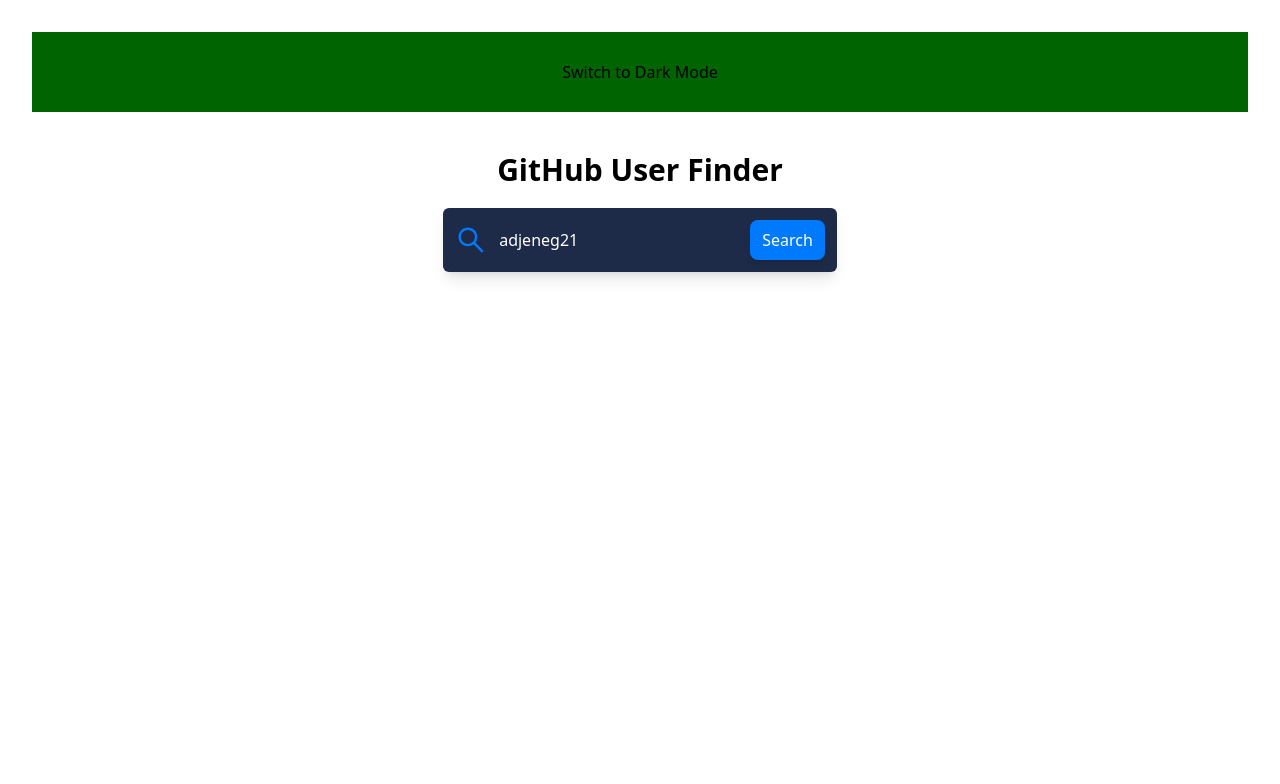
Repository: Gabriel221-dev/Git-Project
Page: /
An editor plug-in stored every save of this project. The page is shown before and after the next save, followed by the edit.
The browser window is 1280 px wide. The pictures show the whole page.
The page's requests for data from a server got no answer. The project was rebuilt for these pictures with package versions that can differ from the ones it lists, and the page was loaded fresh each time. No one was signed in, and anything a server would have sent is missing. Also part of the build but not shown: vite.config.js, src/components/Preview/Preview.jsx.

Above is the page before, as saved 2024-06-28 11:03:10.

After the next save:
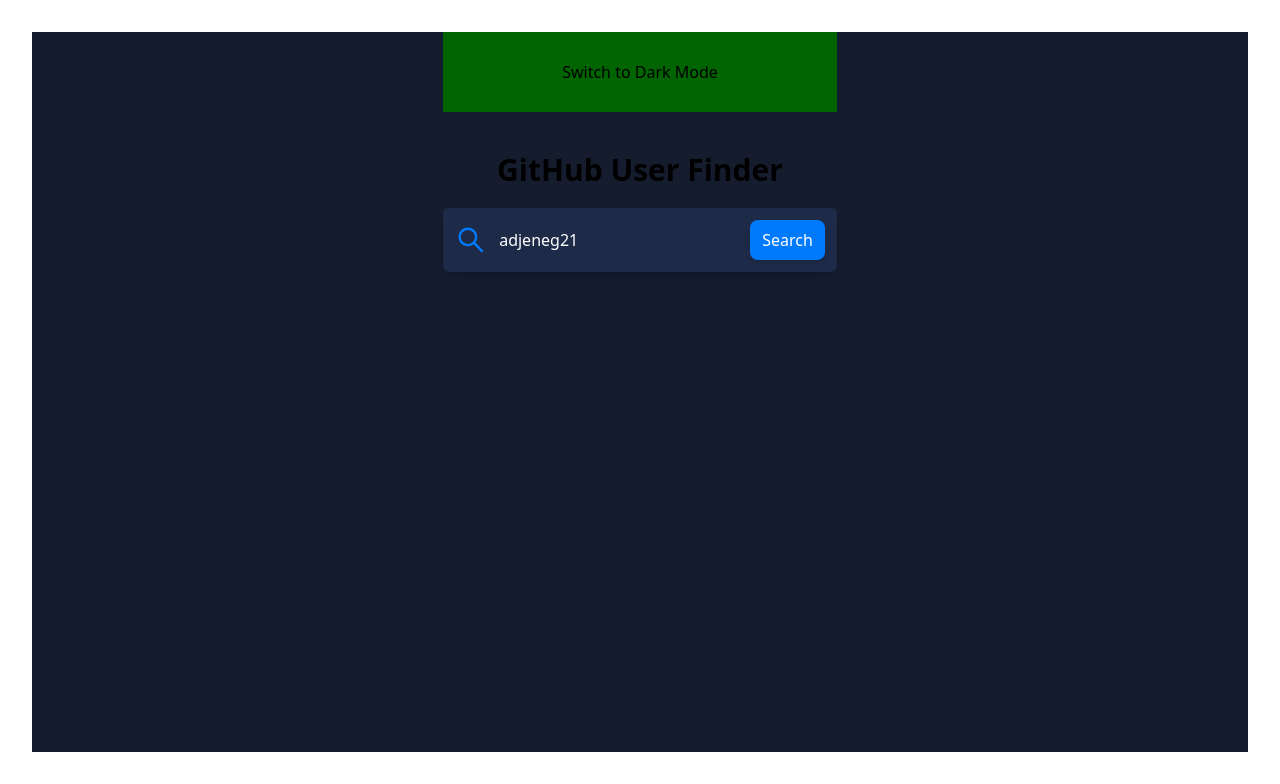
Saved 53 min 18 s later.
--- a/src/App.jsx
+++ b/src/App.jsx
@@ -52,48 +52,50 @@
   };
 
   return (
-    <div
-      className={`App ${
-        isDarkMode ? "dark" : ""
-      } min-h-screen flex flex-col items-center gap-5`}
-    >
+    <div className="flex flex-col gap-5 h-screen w-full justify-center items-center bg-dark-bg">
       <div
-        className={`w-full p-5 ${
-          isDarkMode
-            ? "bg-dark-background text-dark-text"
-            : "bg-light-green text-light-text"
-        }`}
+        className={`App ${
+          isDarkMode ? "dark" : ""
+        } min-h-screen flex flex-col items-center gap-5`}
       >
-        <button
-          onClick={toggleTheme}
-          className={`${
+        <div
+          className={`w-full p-5 ${
             isDarkMode
-              ? "bg-dark-primary text-dark-text"
-              : "bg-light-primary text-light-text"
-          } p-2 rounded-md`}
+              ? "bg-dark-background text-dark-text"
+              : "bg-light-green text-light-text"
+          }`}
         >
-          Switch to {isDarkMode ? "Light" : "Dark"} Mode
-        </button>
+          <button
+            onClick={toggleTheme}
+            className={`${
+              isDarkMode
+                ? "bg-dark-primary text-dark-text"
+                : "bg-light-primary text-light-text"
+            } p-2 rounded-md`}
+          >
+            Switch to {isDarkMode ? "Light" : "Dark"} Mode
+          </button>
+        </div>
+        <h1 className="text-3xl font-bold mt-5">GitHub User Finder</h1>
+        <Search setData={setData} setIsLoading={setIsLoading} />
+        {data && (
+          <Preview
+            avatarUrl={data.avatar_url}
+            name={data.name}
+            login={data.login}
+            public_repos={data.public_repos}
+            followers={data.followers}
+            following={data.following}
+            location={data.location}
+            blog={data.blog}
+            twitter={data.twitter_username}
+            email={data.email}
+            isLoading={isLoading}
+            bio={data.bio}
+            joinedAt={new Date(data.created_at).toLocaleDateString()}
+          />
+        )}
       </div>
-      <h1 className="text-3xl font-bold mt-5">GitHub User Finder</h1>
-      <Search setData={setData} setIsLoading={setIsLoading} />
-      {data && (
-        <Preview
-          avatarUrl={data.avatar_url}
-          name={data.name}
-          login={data.login}
-          public_repos={data.public_repos}
-          followers={data.followers}
-          following={data.following}
-          location={data.location}
-          blog={data.blog}
-          twitter={data.twitter_username}
-          email={data.email}
-          isLoading={isLoading}
-          bio={data.bio}
-          joinedAt={new Date(data.created_at).toLocaleDateString()}
-        />
-      )}
     </div>
   );
 }
